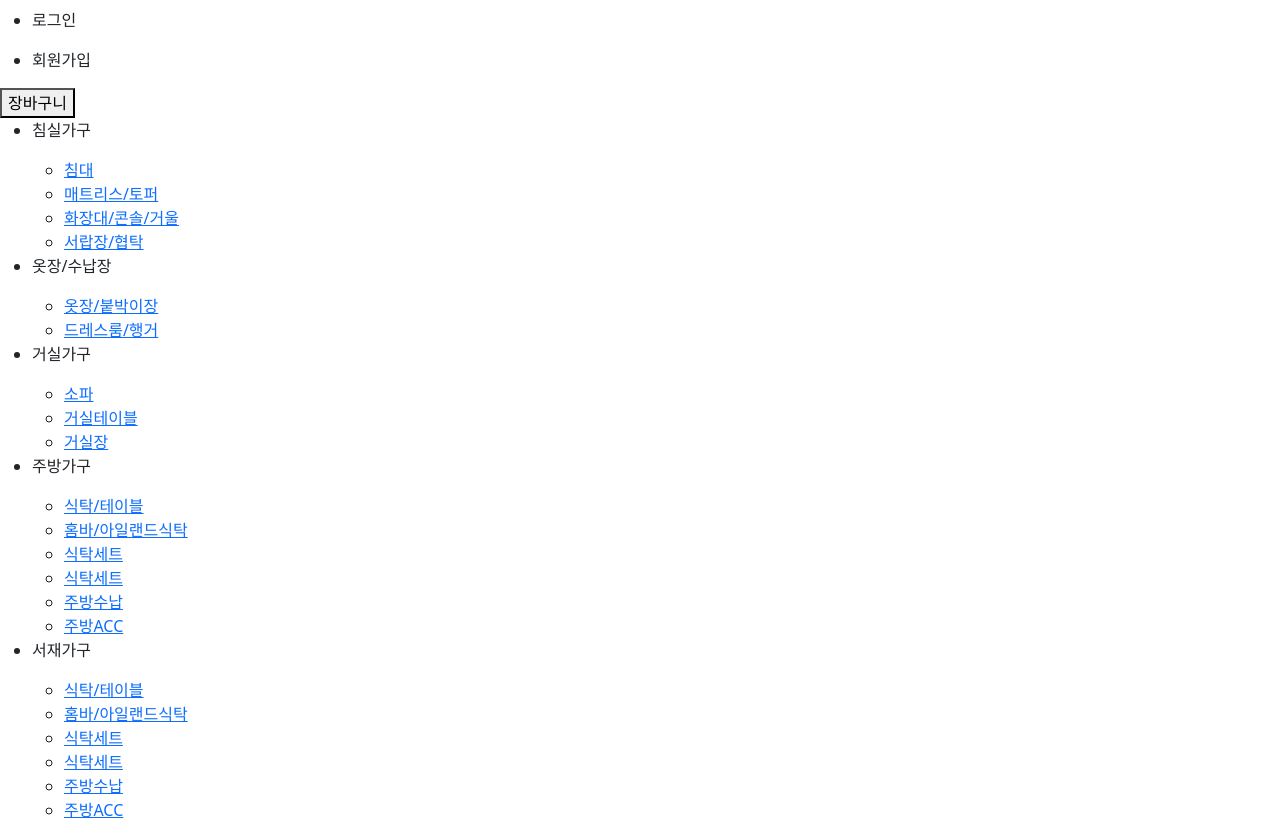
Repository: raoniee/Elice-House-Project
Page: FE/src/components/header/header.html
The author's editor kept a copy of each file at every save. The page is drawn from the files as they stood at one save, then again after the next save.
The browser window is 1280 px wide. The pictures show the whole page.

Above is the page before, as saved 2023-07-04 15:47:37.

After the next save:
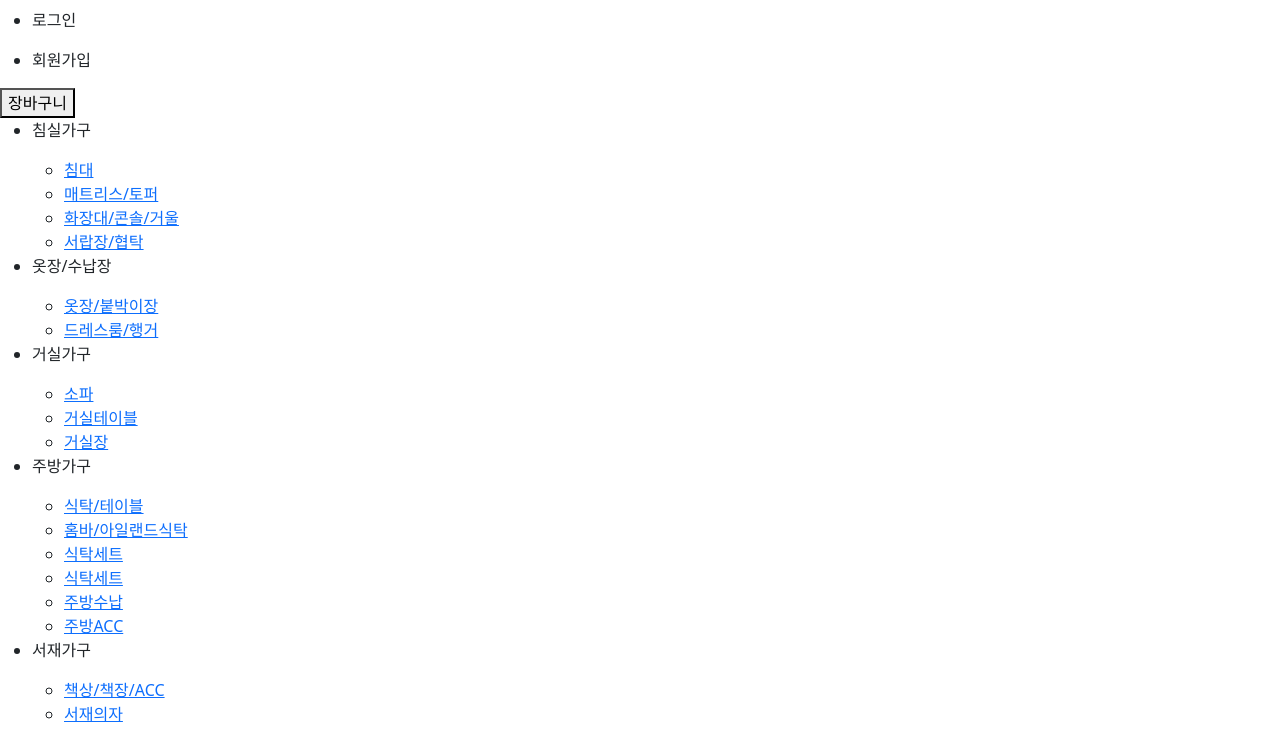
Saved 20 s later.
--- a/FE/src/components/header/header.html
+++ b/FE/src/components/header/header.html
@@ -92,12 +92,8 @@
               <nav class="smenu">
                 <div class="smenu_inner">
                   <ul>
-                    <li><a href="">식탁/테이블</a></li>
-                    <li><a href="">홈바/아일랜드식탁</a></li>
-                    <li><a href="">식탁세트</a></li>
-                    <li><a href="">식탁세트</a></li>
-                    <li><a href="">주방수납</a></li>
-                    <li><a href="">주방ACC</a></li>
+                    <li><a href="">책상/책장/ACC</a></li>
+                    <li><a href="">서재의자</a></li>
                   </ul>
                 </div>
               </nav>
